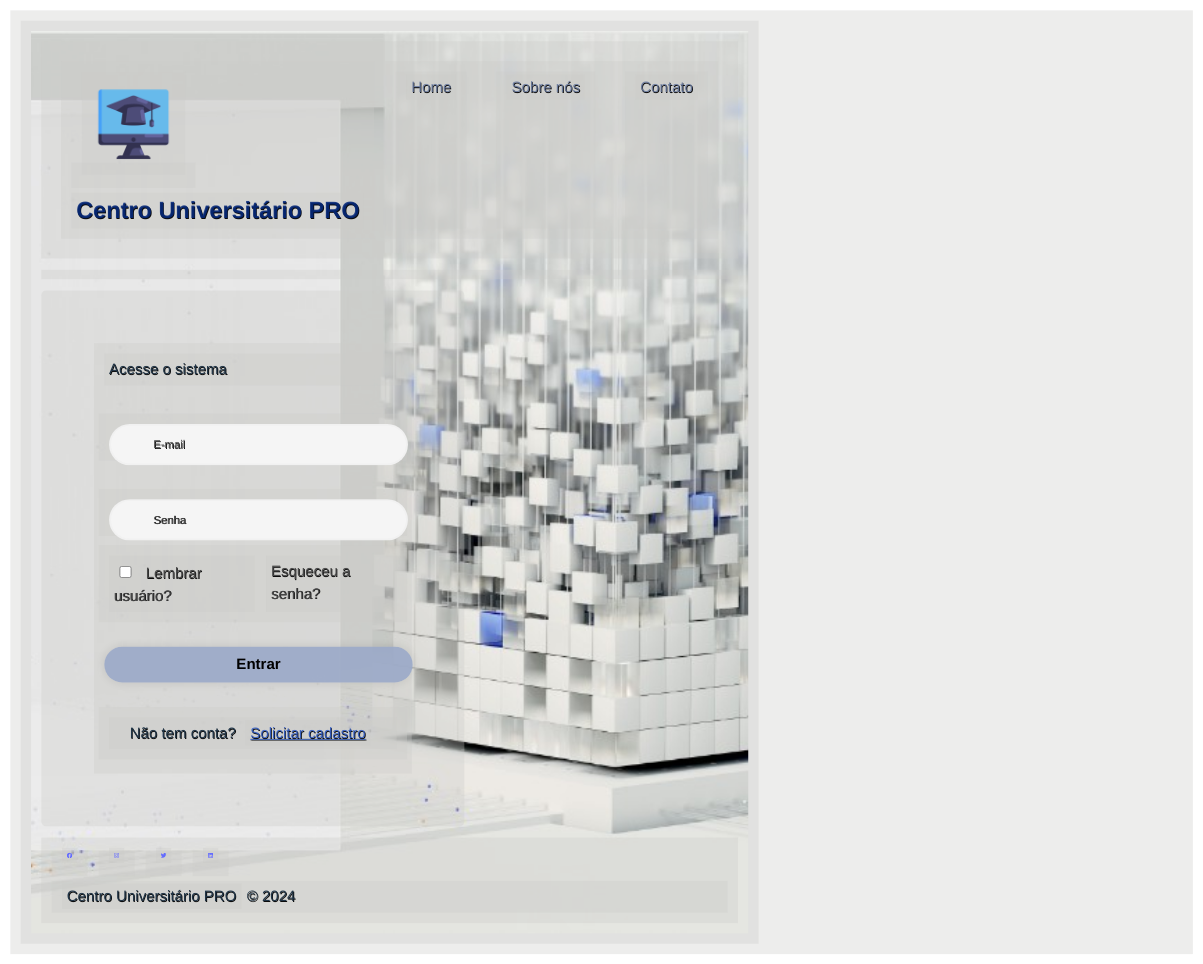
Repository: DanuziaRA/Cadastros-de-Usuarios
Page: /
An editor plug-in stored every save of this project. The page is shown before and after the next save, followed by the edit.
The browser window is 1280 px wide. The pictures show the whole page, at 94% of full size.
The project was rebuilt for these pictures with package versions that can differ from the ones it lists, and the page was loaded fresh each time. Also part of the build but not shown: vite.config.js, src/components/Footer.css, src/router/Contact.jsx, src/router/ErrorPage.jsx, src/router/ContactDetails.jsx, src/router/Company.jsx, src/router/Forget.jsx, src/router/Cadastro.jsx.

Above is the page before, as saved 2024-10-01 12:44:05.

After the next save:
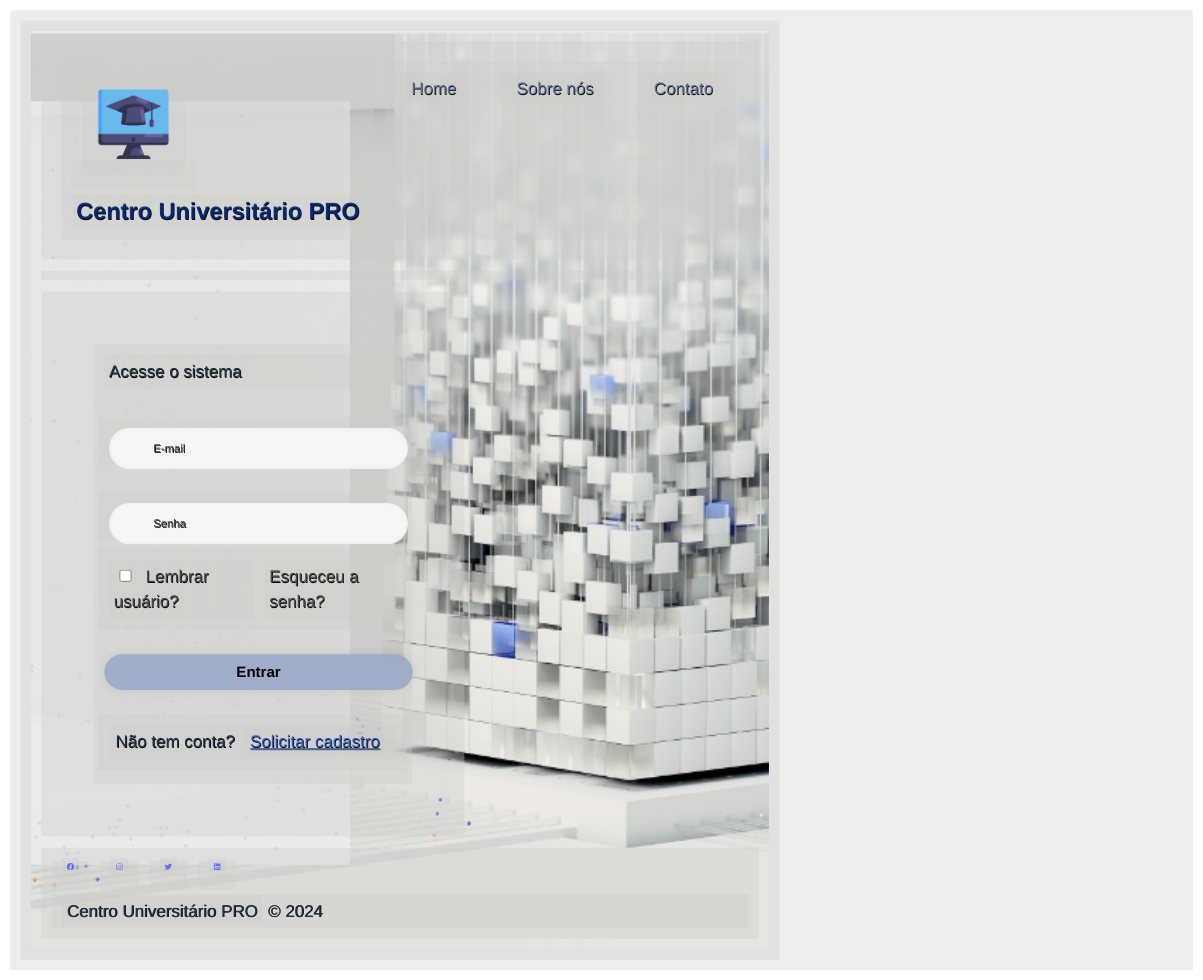
Saved 13 s later.
--- a/src/App.css
+++ b/src/App.css
@@ -3,7 +3,7 @@
   margin: 6px;
   padding: 5px;
   font-family: Helvetica;
-  font-size: 16px;
+  font-size: 18px;
   text-shadow: #0c0c0c 0.7px 0.7px;
   background-color:rgba(202, 201, 200, 0.342);
 }

After the save that followed:
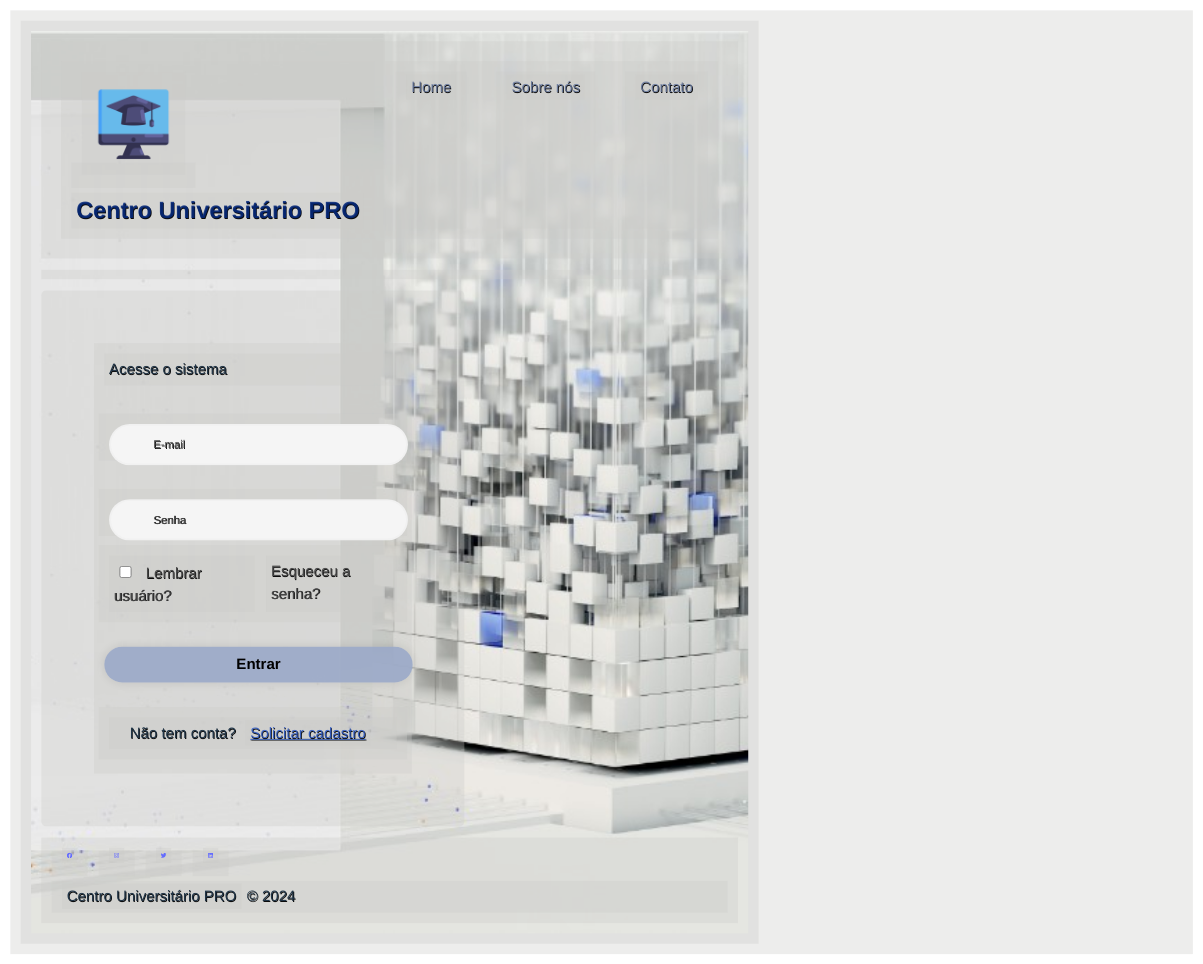
Saved 6 s later.
--- a/src/App.css
+++ b/src/App.css
@@ -3,7 +3,7 @@
   margin: 6px;
   padding: 5px;
   font-family: Helvetica;
-  font-size: 18px;
+  font-size: 16px;
   text-shadow: #0c0c0c 0.7px 0.7px;
   background-color:rgba(202, 201, 200, 0.342);
 }
